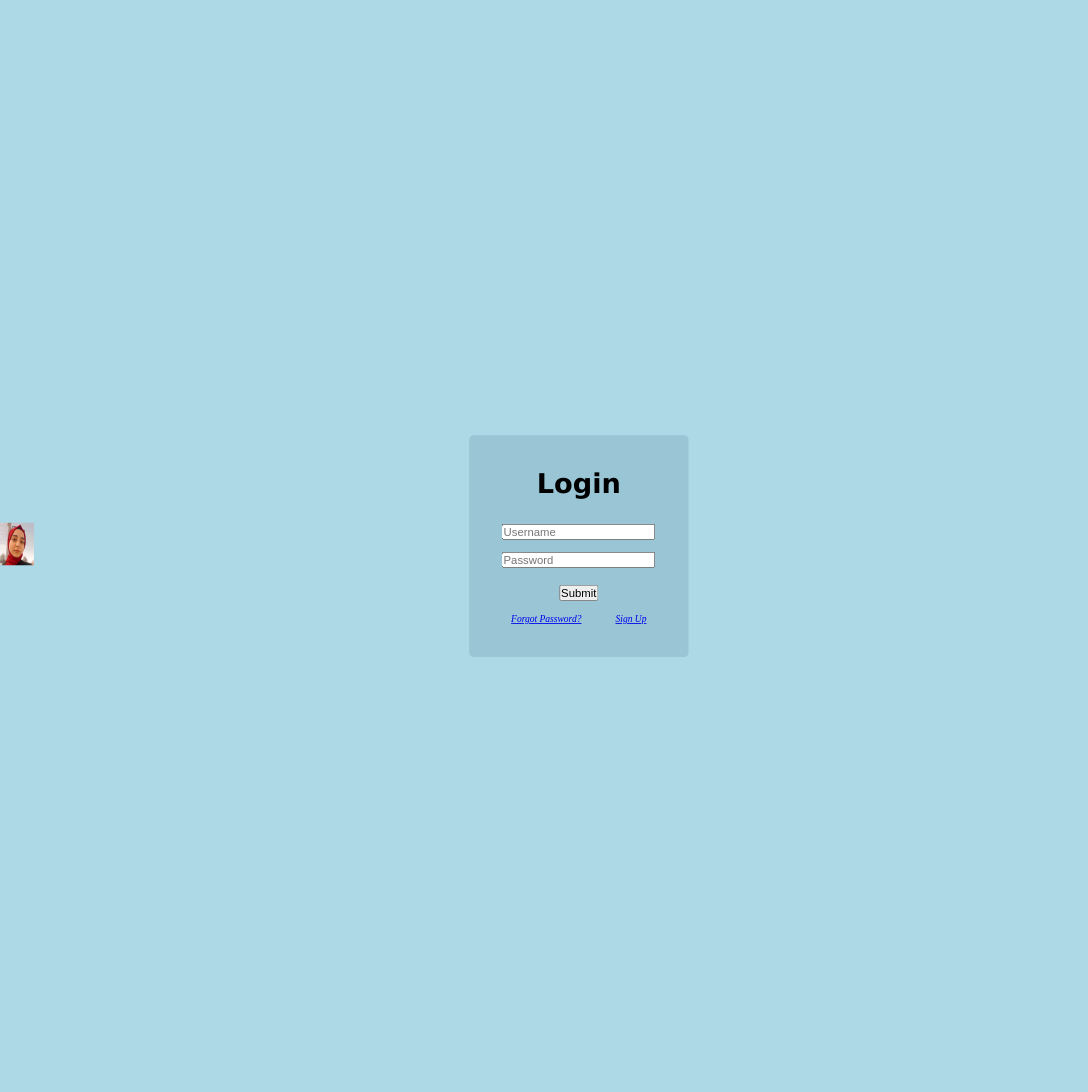
Repository: busra-kayaa/LoginPage
Page: login.html
The author's editor kept a copy of each file at every save. The page is drawn from the files as they stood at one save, then again after the next save.
The browser window is 1280 px wide. The pictures show the whole page, at 85% of full size.

Above is the page before, as saved 2023-12-29 13:36:55.

### login.html
<!DOCTYPE html>
<html>
    <head>
        <title>Login Page</title>
        <link rel="stylesheet" href="./style.css" type="text/css"/>
    </head>
    <body>
        <div class="header-container">
            <div class="header-left-container">
                <img src="./busra.jpg" width="40px" height="50px" class="logo"/>
            </div>


        </div>
        <div class="login-from-container">
          <div class ="login-text"><h1>Login</h1></div>
            <div class="input-group1">
                <i class="fa fa-user"></i>
                <input
                    type="text"
                    placeholder="Username"
                    class="input-text"
                    autocomplete="off"
                />
            </div>
            <div class="input-group2">
                <i class="fa fa-unclok-alt"></i>
                <input
                    type="password"
                    placeholder="Password"
                    class="input-text"
                    autocomplete="off"
                />
            </div>
            <div class="subgroup">
                <div class="button-group" id="login-button">
                    <button onclick="alert('Bilgileriniz Başarıyla Alınmıştır.')">Submit</button>
                </div>
                <div class="footer">
                    <a href="#" target="_blank">Forgot Password? </a>
                    <a href="#" target="_blank">Sign Up</a>
                </div>
            </div>
        </div>
    </body>
</html>

### style.css

*{
    padding: 0px;
    margin: 0px;
}

body {
    background-color: lightblue;
    display: flex;
    flex-direction: row;
    align-items: center;
    font-size: 100%;

}

.header-container {

}

.login-from-container {
    background-color: rgb(153, 197, 212);
    flex-direction: column;
    justify-content: center;
    align-items: center;
    text-align: center;
    border-radius: 2%;
    display: flex;
    margin: 40%;
    padding: 3%;
}

.login-text {
    font-family: 'Lucida Sans', 'Lucida Sans Regular', 'Lucida Grande', 'Lucida Sans Unicode', Geneva, Verdana, sans-serif;
    font-size: 100%;
    padding-bottom: 10%;
}

.input-group1 {
    margin-top: 5%;
    margin-bottom: 3%;
}

.input-group2 {
    margin-bottom: 3%;
    margin-top: 5%;
}

.button-group {
    color: black ;
    border: none;
    color: white;
    text-align: center;
    text-decoration: none;
    display: inline-block;
    font-size: 16px;
    margin: 15px 2px;
    cursor: pointer;
}

.footer {
    display: flex;
    flex-direction: raw;
    gap: 40px;
    font-size: 70%;
    font-style: italic;
}

After the next save:
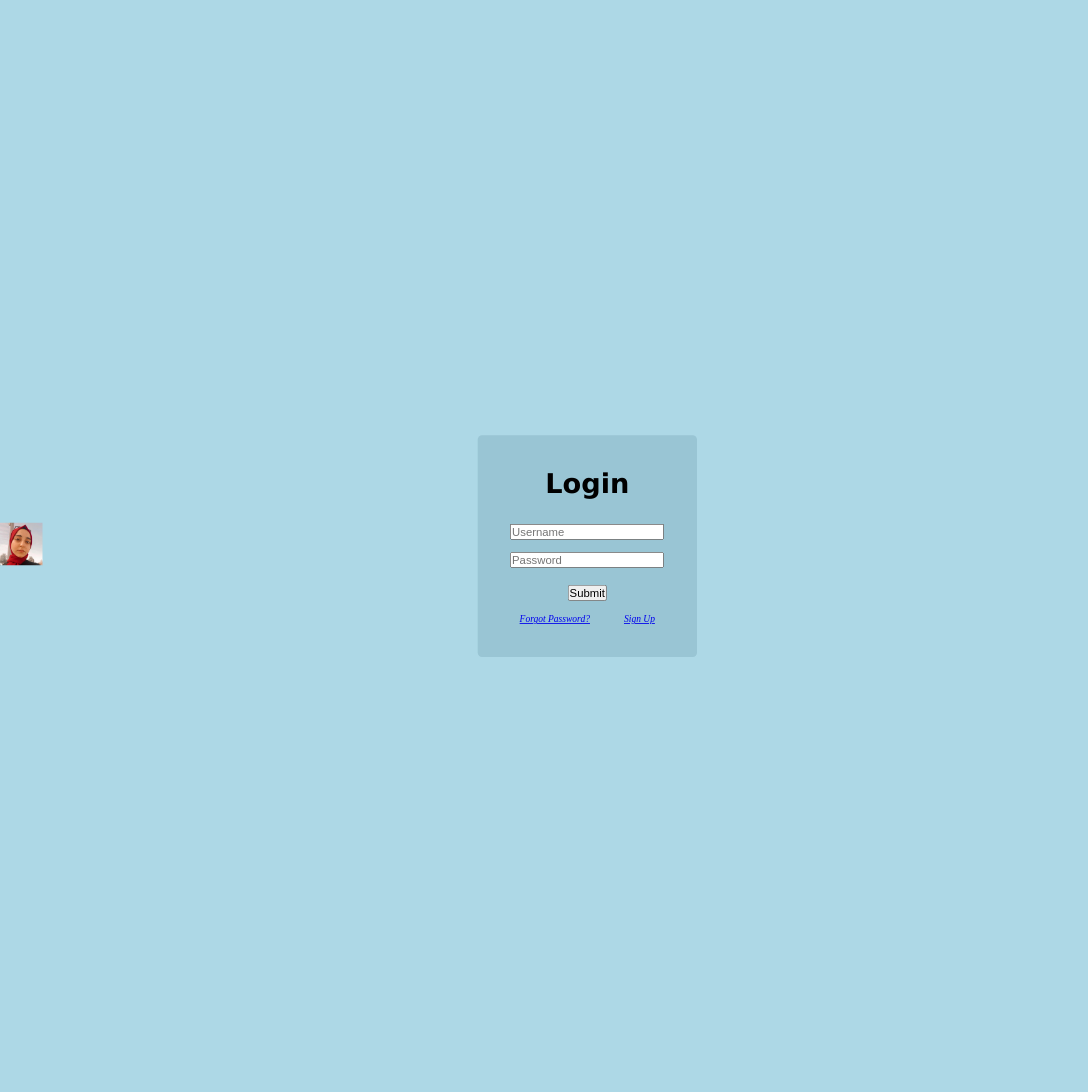
Saved 31 s later.
--- a/login.html
+++ b/login.html
@@ -7,7 +7,7 @@
     <body>
         <div class="header-container">
             <div class="header-left-container">
-                <img src="./busra.jpg" width="40px" height="50px" class="logo"/>
+                <img src="./busra.jpg" width="50px" height="50px" class="logo"/>
             </div>
 
 
